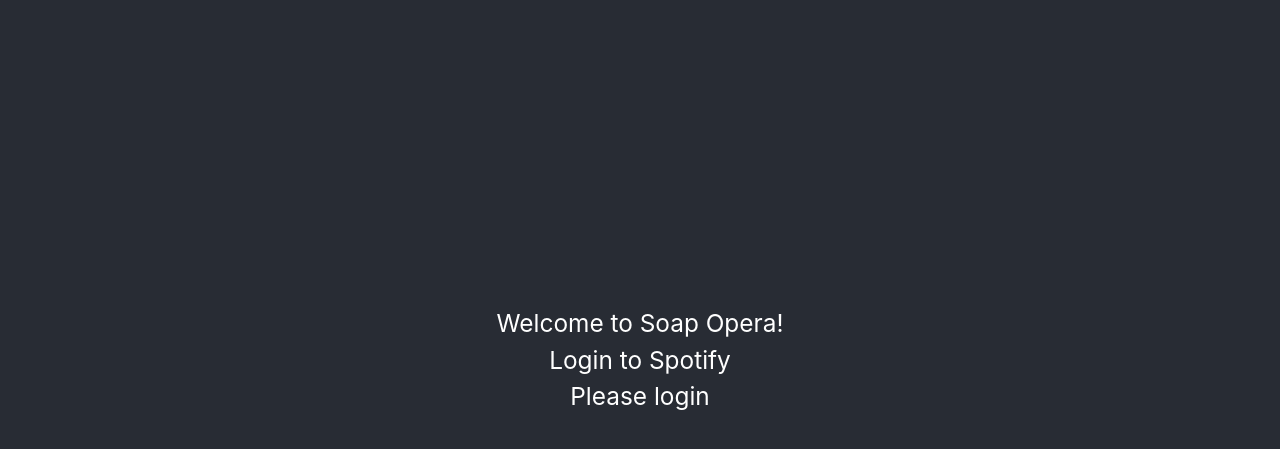
Repository: kayacancode/soapopera
Page: /
These files come from the project's save history. The page is drawn as it stood at one moment and after the next save; the edit follows.
The browser window is 1280 px wide. The pictures show the whole page.
The project was rebuilt for these pictures with package versions that can differ from the ones it lists, and the page was loaded fresh each time.

Above is the page before, as saved 2023-04-22 17:29:00.

After the next save:
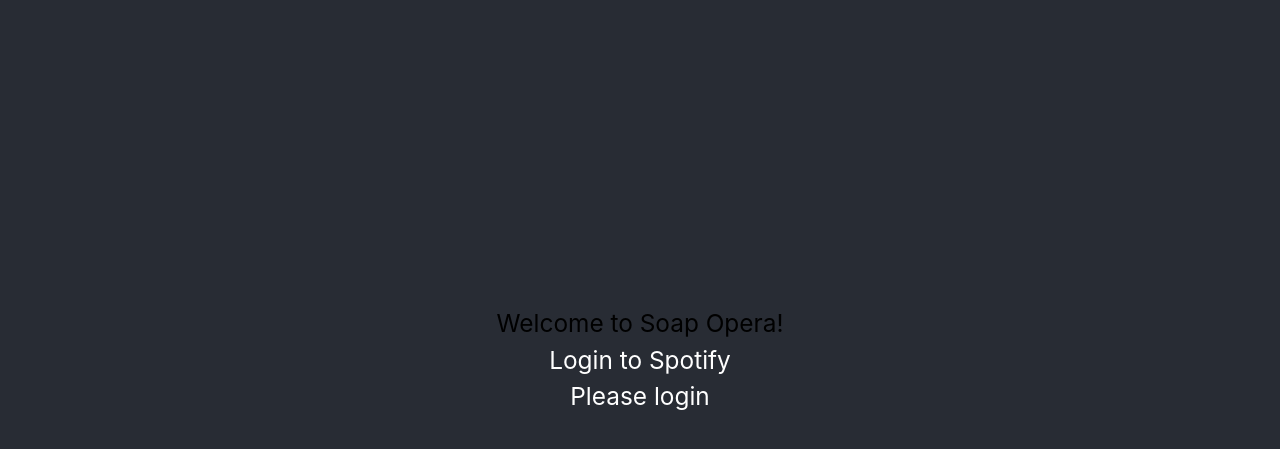
Saved 29 s later.
--- a/src/App.js
+++ b/src/App.js
@@ -138,7 +138,7 @@
 return (
     <div className="App">
         <header className="App-header">
-            <h1 className="">Welcome to Soap Opera! </h1>
+            <h1 className="text-black">Welcome to Soap Opera! </h1>
             {!token ?
                 <a href={`${AUTH_ENDPOINT}?client_id=${CLIENT_ID}&redirect_uri=${REDIRECT_URI}&response_type=${RESPONSE_TYPE}`}>Login
                     to Spotify</a>
